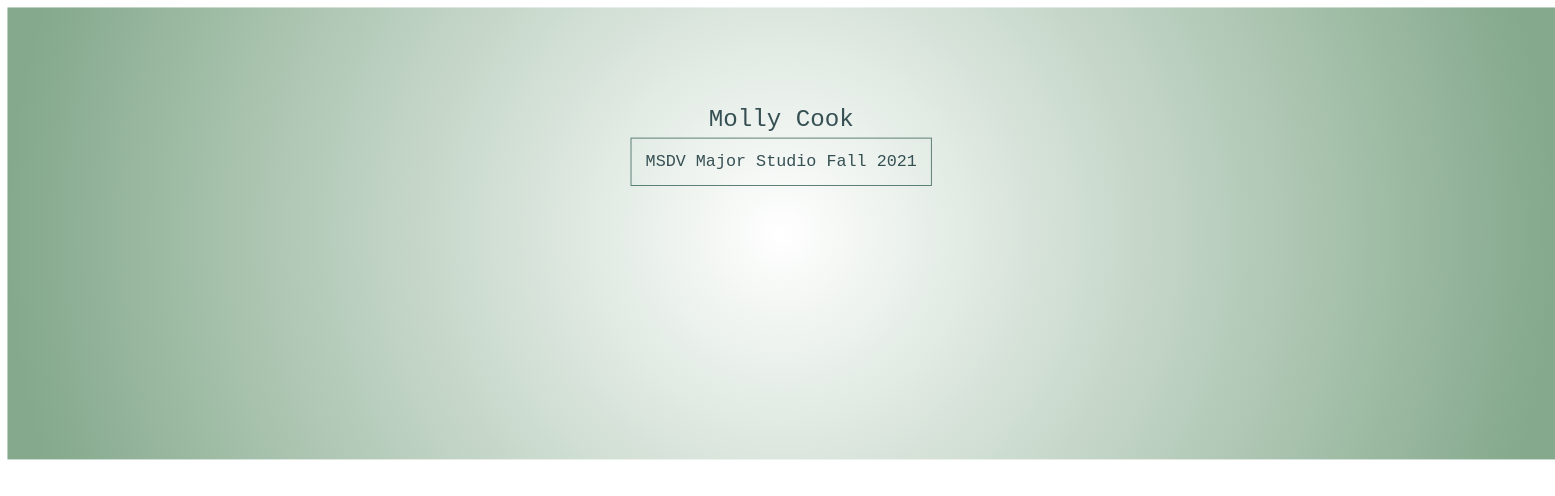
Repository: m0llyc00k/Major-studio-1
Page: index.html
The author's editor kept a record of every edit. The page is drawn from the files as they stood at one moment, then again after the next edit.
The browser window is 1280 px wide. The page is 1672 px wide, then 1280 px, so the pictures cover 1672 px, including what lies to the right of the window. The pictures show the whole page, at 93% of full size.

Above is the page before.

After the next edit:
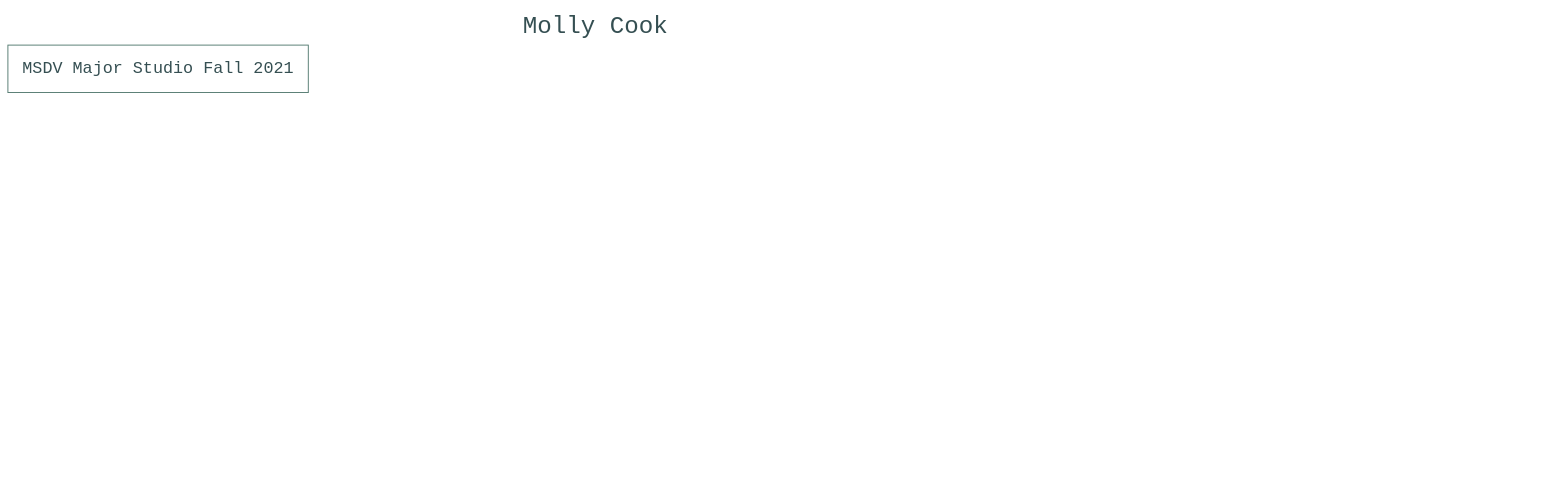
The edit:
--- a/index.html
+++ b/index.html
@@ -8,7 +8,7 @@
           <link rel="stylesheet" href="style.css">
     </head>
 <body>
-    <div class="fullPage">
+    <div class>
         <h1> Molly Cook</h1>
         <h2>MSDV Major Studio Fall 2021</h2>
         <ul>
